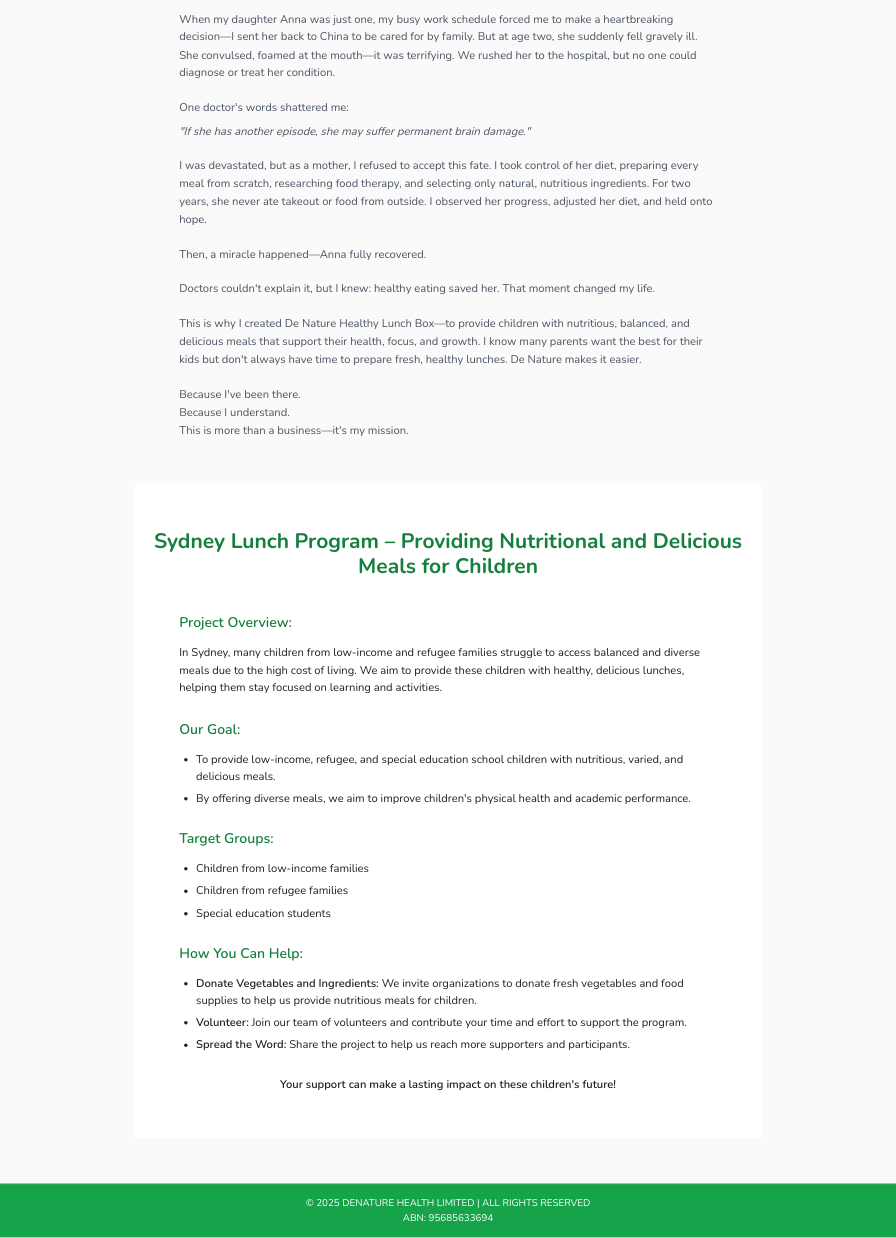
Repository: sunnyyan01/denature-website
Page: /about
These files come from the project's save history. The page is drawn as it stood at one moment and after the next save; the edit follows.
The browser window is 1280 px wide. The pictures show the part of the page from y = 1304 to 3224 px (the page is 3072 px tall before and 3224 px after), at 70% of full size.
The project was rebuilt for these pictures with package versions that can differ from the ones it lists, and the page was loaded fresh each time. The framework's server and built-in components were replaced by stand-ins that run in the browser. Also part of the build but not shown: next.config.js.

Above is the page before, as saved 2025-05-14 21:01:21.

### src/app/layout.tsx
import type { Metadata } from "next";
import { Inter, Poppins } from "next/font/google";
import "./globals.css";
import Navbar from "@/components/Navbar";
import Footer from "@/components/Footer";
import { Phone, Mail } from "lucide-react";
import { FiFacebook, FiInstagram, FiTwitter } from 'react-icons/fi';

const inter = Inter({
  subsets: ["latin"],
  variable: '--font-inter',
});

const poppins = Poppins({
  weight: ['400', '500', '600', '700'],
  subsets: ['latin'],
  variable: '--font-poppins',
});

export const metadata: Metadata = {
  title: "DE NATURE - Sydney Lunch Program",
  description: "Providing nutritious meals to children in need across Sydney",
  verification: {
    google: "OqLlSQNFE1spUS93SXK13pK8N_CO4S7m2l7H1rPvJmY",
  },
  icons: {
    icon: '/favicon.ico',
    shortcut: '/favicon.ico',
  },
};

export default function RootLayout({
  children,
}: {
  children: React.ReactNode;
}) {
  return (
    <html lang="en">
      <body className={`${inter.variable} ${poppins.variable} font-sans bg-background text-text`}>
        {/* 顶部社交信息栏 */}
        <div
          className="fixed top-0 left-0 right-0 z-50"
          style={{
            background: '#F5F3ED',
            height: '56px',
            borderBottom: '1px solid #E0E0E0',
            fontFamily: "'Inter', 'Lato', sans-serif",
          }}
        >
          <div className="container flex items-center justify-between h-full px-4">
            {/* 联系方式 */}
            <div className="flex items-center space-x-6 text-[#2E5E4E] text-sm">
              <a href="tel:0452005512" className="hover:underline">0452 005 512</a>
              <span className="hidden sm:inline">|</span>
              <a href="mailto:info@denature.org.au" className="hover:underline">info@denature.org.au</a>
            </div>
            {/* 社交图标 */}
            <div className="flex items-center space-x-4">
              <a href="#" className="text-[#2E5E4E] hover:text-[#4A7C59]">
                <FiFacebook className="w-5 h-5" />
              </a>
              <a href="#" className="text-[#2E5E4E] hover:text-[#4A7C59]">
                <FiInstagram className="w-5 h-5" />
              </a>
              <a href="#" className="text-[#2E5E4E] hover:text-[#4A7C59]">
                <FiTwitter className="w-5 h-5" />
              </a>
            </div>
          </div>
        </div>

        {/* Navigation and Content */}
        <div className="relative">
          <Navbar />
          <main>
            {children}
          </main>
        </div>

        <Footer />
      </body>
    </html>
  );
}

### src/app/about/page.tsx
import Image from 'next/image';

export default function AboutPage() {
  return (
    <main className="min-h-screen">
      {/* Hero Section */}
      <section className="relative h-[60vh]">
        <div className="absolute inset-0">
          <Image
            src="/about-hero.jpg"
            alt="About Us Hero"
            fill
            className="object-cover"
            priority
          />
          <div className="absolute inset-0 bg-black/50"></div>
        </div>
        <div className="relative container mx-auto px-4 h-full flex items-center">
          <div className="max-w-3xl text-white space-y-4">
            <h1 className="text-5xl font-bold font-heading">About Us</h1>
            <p className="text-xl text-gray-200">
              Learn about our story, values, and the impact we're making in our community.
            </p>
          </div>
        </div>
      </section>

      {/* Main Content */}
      <div className="container mx-auto px-4 py-16">
        <div className="max-w-4xl mx-auto">
          {/* Our Story Section */}
          <section className="mb-16">
            <h2 className="text-3xl font-bold mb-8 text-center">Our Story</h2>
            <div className="bg-[#F0FDF4] p-8 rounded-lg shadow-sm">
              <p className="text-lg text-gray-700 leading-relaxed">
                Founded in 2020, De Nature emerged from a simple observation: many children in our community were missing out on nutritious meals during their school day. What started as a small initiative to provide healthy lunches has grown into a comprehensive program serving thousands of children across Melbourne.
              </p>
            </div>
          </section>

          {/* Messages from Founder Section */}
          <section className="mb-16">
            <h2 className="text-3xl font-bold mb-8 text-center">Messages from Founder</h2>
            <div className="bg-[#F0FDF4] p-8 rounded-lg shadow-sm">
              <p className="text-lg text-gray-700 leading-relaxed mb-6">
                "Every child deserves the opportunity to thrive, and proper nutrition is essential to that journey. At De Nature, we're not just providing meals; we're investing in the future of our community."
              </p>
              <p className="text-lg text-gray-700 leading-relaxed">
                "Our commitment to quality, sustainability, and community engagement drives everything we do. We're proud to be making a difference in children's lives, one healthy meal at a time."
              </p>
            </div>
          </section>

          {/* Why I Started Section */}
          <section className="mb-16">
            <div className="container mx-auto px-4">
              <h2 className="text-3xl font-bold text-center mb-12 text-green-700">
                Why I Started Making Healthy Lunch Boxes
              </h2>
              <div className="max-w-3xl mx-auto text-gray-600 space-y-6">
                <p>
                  I am a mother of three, and my children's health has always been my top priority.
                </p>
                <p>
                  When my daughter Anna was just one, my busy work schedule forced me to make a heartbreaking decision—I sent her back to China to be cared for by family. But at age two, she suddenly fell gravely ill. She convulsed, foamed at the mouth—it was terrifying. We rushed her to the hospital, but no one could diagnose or treat her condition.
                </p>
                <p>
                  One doctor's words shattered me:
                  <span className="block italic mt-2">"If she has another episode, she may suffer permanent brain damage."</span>
                </p>
                <p>
                  I was devastated, but as a mother, I refused to accept this fate. I took control of her diet, preparing every meal from scratch, researching food therapy, and selecting only natural, nutritious ingredients. For two years, she never ate takeout or food from outside. I observed her progress, adjusted her diet, and held onto hope.
                </p>
                <p>
                  Then, a miracle happened—Anna fully recovered.
                </p>
                <p>
                  Doctors couldn't explain it, but I knew: healthy eating saved her. That moment changed my life.
                </p>
                <p>
                  This is why I created De Nature Healthy Lunch Box—to provide children with nutritious, balanced, and delicious meals that support their health, focus, and growth. I know many parents want the best for their kids but don't always have time to prepare fresh, healthy lunches. De Nature makes it easier.
                </p>
                <p>
                  Because I've been there.
                  <br />
                  Because I understand.
                  <br />
                  This is more than a business—it's my mission.
                </p>
              </div>
            </div>
          </section>

          {/* Sydney Lunch Program Section */}
          <section className="py-16 bg-white">
            <div className="container mx-auto px-4">
              <h2 className="text-3xl font-bold text-center mb-12 text-green-700">
                Sydney Lunch Program – Providing Nutritional and Delicious Meals for Children
              </h2>
              <div className="max-w-3xl mx-auto space-y-8">
                <div>
                  <h3 className="text-xl font-semibold mb-4 text-green-700">Project Overview:</h3>
                  <p>
                    In Sydney, many children from low-income and refugee families struggle to access balanced and diverse meals due to the high cost of living. We aim to provide these children with healthy, delicious lunches, helping them stay focused on learning and activities.
                  </p>
                </div>

                <div>
                  <h3 className="text-xl font-semibold mb-4 text-green-700">Our Goal:</h3>
                  <ul className="list-disc pl-6 space-y-2">
                    <li>To provide low-income, refugee, and special education school children with nutritious, varied, and delicious meals.</li>
                    <li>By offering diverse meals, we aim to improve children's physical health and academic performance.</li>
                  </ul>
                </div>

                <div>
                  <h3 className="text-xl font-semibold mb-4 text-green-700">Target Groups:</h3>
                  <ul className="list-disc pl-6 space-y-2">
                    <li>Children from low-income families</li>
                    <li>Children from refugee families</li>
                    <li>Special education students</li>
                  </ul>
                </div>

                <div>
                  <h3 className="text-xl font-semibold mb-4 text-green-700">How You Can Help:</h3>
                  <ul className="list-disc pl-6 space-y-2">
                    <li><span className="font-semibold">Donate Vegetables and Ingredients:</span> We invite organizations to donate fresh vegetables and food supplies to help us provide nutritious meals for children.</li>
                    <li><span className="font-semibold">Volunteer:</span> Join our team of volunteers and contribute your time and effort to support the program.</li>
                    <li><span className="font-semibold">Spread the Word:</span> Share the project to help us reach more supporters and participants.</li>
                  </ul>
                </div>

                <p className="text-center font-semibold mt-8">
                  Your support can make a lasting impact on these children's future!
                </p>
              </div>
            </div>
          </section>
        </div>
      </div>
    </main>
  );
}

### src/app/globals.css
@import url('https://fonts.googleapis.com/css2?family=Nunito:wght@300;400;500;600;700&display=swap');

@tailwind base;
@tailwind components;
@tailwind utilities;

:root {
  /* 主色调 */
  --color-primary: #4A7C59;      /* 深绿色 */
  --color-primary-light: #6B9B7D; /* 浅绿色 */
  --color-primary-lighter: #E8F3ED; /* 最浅绿色 */

  /* 中性色 */
  --color-neutral-50: #FAFAFA;
  --color-neutral-100: #F5F5F5;
  --color-neutral-200: #EEEEEE;
  --color-neutral-300: #E0E0E0;
  --color-neutral-400: #BDBDBD;
  --color-neutral-500: #9E9E9E;
  --color-neutral-600: #757575;
  --color-neutral-700: #616161;
  --color-neutral-800: #424242;
  --color-neutral-900: #212121;

  /* 强调色 */
  --color-accent: #F5B971;       /* 温暖的米色 */
  --color-accent-light: #F9D5A7; /* 浅米色 */

  /* 功能色 */
  --color-success: #4CAF50;
  --color-warning: #FFC107;
  --color-error: #F44336;

  /* 字体 */
  --font-primary: 'Nunito', sans-serif;

  /* 间距 */
  --spacing-xs: 0.25rem;   /* 4px */
  --spacing-sm: 0.5rem;    /* 8px */
  --spacing-md: 1rem;      /* 16px */
  --spacing-lg: 1.5rem;    /* 24px */
  --spacing-xl: 2rem;      /* 32px */
  --spacing-2xl: 3rem;     /* 48px */
  --spacing-3xl: 4rem;     /* 64px */

  /* 圆角 */
  --radius-sm: 0.25rem;    /* 4px */
  --radius-md: 0.5rem;     /* 8px */
  --radius-lg: 1rem;       /* 16px */
  --radius-full: 9999px;

  /* 阴影 */
  --shadow-sm: 0 1px 2px 0 rgb(0 0 0 / 0.05);
  --shadow-md: 0 4px 6px -1px rgb(0 0 0 / 0.1);
  --shadow-lg: 0 10px 15px -3px rgb(0 0 0 / 0.1);
}

@layer base {
  html {
    font-family: var(--font-primary);
    color: var(--color-neutral-900);
    background-color: var(--color-neutral-50);
  }

  h1, h2, h3, h4, h5, h6 {
    font-weight: 700;
    line-height: 1.2;
  }

  h1 {
    font-size: 2.5rem; /* 40px */
    @screen md {
      font-size: 3.5rem; /* 56px */
    }
  }

  h2 {
    font-size: 2rem; /* 32px */
    @screen md {
      font-size: 2.5rem; /* 40px */
    }
  }

  h3 {
    font-size: 1.5rem; /* 24px */
    @screen md {
      font-size: 2rem; /* 32px */
    }
  }

  p {
    line-height: 1.6;
  }
}

@layer components {
  .container {
    @apply max-w-7xl mx-auto px-4 sm:px-6 lg:px-8;
  }

  .btn {
    @apply inline-flex items-center justify-center px-6 py-3 rounded-lg font-semibold transition-colors duration-200;
  }

  .btn-primary {
    @apply bg-[var(--color-primary)] text-white hover:bg-[var(--color-primary-light)];
  }

  .btn-secondary {
    @apply bg-[var(--color-accent)] text-[var(--color-neutral-900)] hover:bg-[var(--color-accent-light)];
  }

  .btn-outline {
    @apply border-2 border-[var(--color-primary)] text-[var(--color-primary)] hover:bg-[var(--color-primary-lighter)];
  }

  .card {
    @apply bg-white rounded-lg shadow-md overflow-hidden;
  }

  .section {
    @apply py-16 md:py-24;
  }

  .section-title {
    @apply text-3xl md:text-4xl font-bold text-center mb-12;
  }

  .hero {
    @apply relative h-[80vh] md:h-screen flex items-center;
  }

  .hero-content {
    @apply relative z-10 text-center max-w-4xl mx-auto px-4;
  }

  .hero-image {
    @apply absolute inset-0 w-full h-full object-cover;
  }

  .hero-overlay {
    @apply absolute inset-0 bg-black/30;
  }
}

/* 自定义动画 */
@keyframes fadeIn {
  from {
    opacity: 0;
    transform: translateY(10px);
  }
  to {
    opacity: 1;
    transform: translateY(0);
  }
}

.animate-fade-in {
  animation: fadeIn 0.6s ease-out forwards;
}

/* 响应式图片容器 */
.image-container {
  @apply relative aspect-[4/3] md:aspect-[16/9] overflow-hidden rounded-lg;
}

.image-container img {
  @apply absolute inset-0 w-full h-full object-cover transition-transform duration-500;
}

.image-container:hover img {
  @apply scale-105;
}

/* 网格布局 */
.grid-auto-fit {
  @apply grid grid-cols-1 md:grid-cols-2 lg:grid-cols-3 gap-6 md:gap-8;
}

/* 文本样式 */
.text-gradient {
  @apply bg-clip-text text-transparent bg-gradient-to-r from-[var(--color-primary)] to-[var(--color-primary-light)];
}

.text-balance {
  text-wrap: balance;
}

/* 导航样式 */
.nav-link {
  @apply text-[var(--color-neutral-700)] hover:text-[var(--color-primary)] transition-colors duration-200;
}

.nav-link-active {
  @apply text-[var(--color-primary)] font-semibold;
}

/* 页脚样式 */
.footer {
  @apply bg-[var(--color-neutral-900)] text-white py-16;
}

.footer-title {
  @apply text-xl font-semibold mb-4;
}

.footer-link {
  @apply text-[var(--color-neutral-400)] hover:text-white transition-colors duration-200;
}

/* 表单样式 */
.form-input {
  @apply w-full px-4 py-2 rounded-lg border border-[var(--color-neutral-300)] focus:border-[var(--color-primary)] focus:ring-2 focus:ring-[var(--color-primary-lighter)] outline-none transition-colors duration-200;
}

.form-label {
  @apply block text-sm font-medium text-[var(--color-neutral-700)] mb-1;
}

/* 菜单卡片样式 */
.menu-card {
  @apply bg-white rounded-lg shadow-md overflow-hidden transition-transform duration-300 hover:shadow-lg hover:-translate-y-1;
}

.menu-card-image {
  @apply relative aspect-[4/3] w-full;
}

.menu-card-content {
  @apply p-6;
}

.menu-card-title {
  @apply text-xl font-semibold text-[var(--color-neutral-900)] mb-2;
}

.menu-card-description {
  @apply text-[var(--color-neutral-600)] text-sm;
}

/* 特色部分样式 */
.feature-grid {
  @apply grid grid-cols-1 md:grid-cols-2 lg:grid-cols-4 gap-8;
}

.feature-item {
  @apply text-center p-6;
}

.feature-icon {
  @apply w-16 h-16 mx-auto mb-4 text-[var(--color-primary)];
}

.feature-title {
  @apply text-lg font-semibold mb-2;
}

.feature-description {
  @apply text-[var(--color-neutral-600)];
}

### src/components/Footer.tsx
'use client';

export default function Footer() {
  const currentYear = new Date().getFullYear();

  return (
    <footer className="bg-green-600 text-white">
      <div className="border-t border-[#FFD700]/30 py-4">
        <div className="container mx-auto px-4">
          <div className="text-center text-sm text-white">
            <p>© 2025 DENATURE HEALTH LIMITED | ALL RIGHTS RESERVED</p>
            <p>ABN: 95685633694</p>
          </div>
        </div>
      </div>
    </footer>
  );
}

Loaded but not shown: tailwind.config.js (104 lines, source omitted); src/components/Navbar.tsx (232 lines, source omitted)

After the next save:
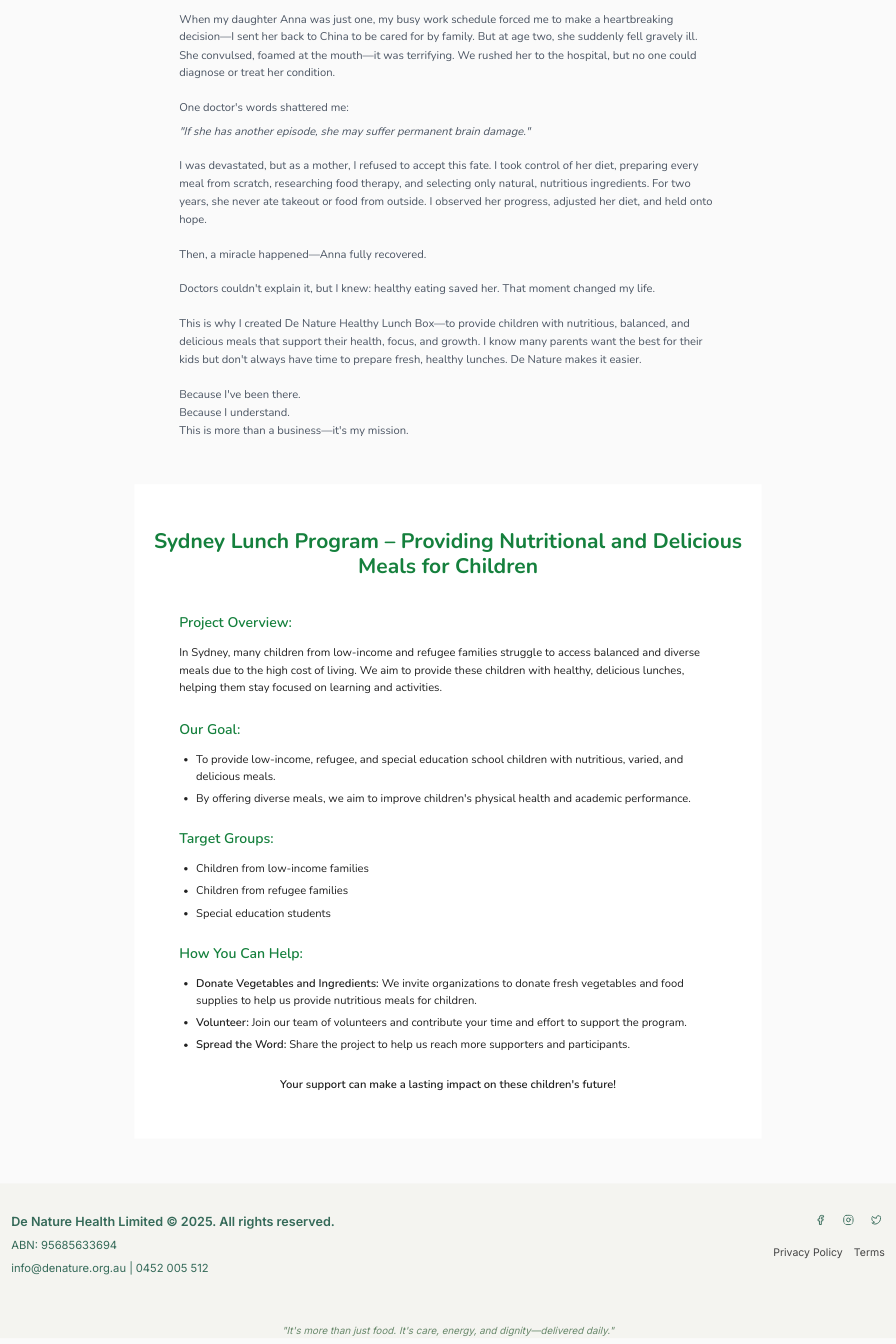
Saved 19 min 0 s later.
--- a/src/components/Footer.tsx
+++ b/src/components/Footer.tsx
@@ -1,17 +1,46 @@
 'use client';
+
+import { FiFacebook, FiInstagram, FiTwitter } from 'react-icons/fi';
 
 export default function Footer() {
   const currentYear = new Date().getFullYear();
 
   return (
-    <footer className="bg-green-600 text-white">
-      <div className="border-t border-[#FFD700]/30 py-4">
-        <div className="container mx-auto px-4">
-          <div className="text-center text-sm text-white">
-            <p>© 2025 DENATURE HEALTH LIMITED | ALL RIGHTS RESERVED</p>
-            <p>ABN: 95685633694</p>
+    <footer className="w-full" style={{ background: '#F4F4F0', color: '#356A59', fontFamily: "'Inter', 'Lato', sans-serif" }}>
+      <div className="container mx-auto px-4 py-10 flex flex-col md:flex-row md:justify-between md:items-start gap-8 md:gap-0">
+        {/* 左侧公司信息 */}
+        <div className="text-left md:text-left text-[16px] space-y-2 flex-1">
+          <p className="font-semibold text-lg">De Nature Health Limited © {currentYear}. All rights reserved.</p>
+          <p>ABN: 95685633694</p>
+          <p>
+            <a href="mailto:info@denature.org.au" className="hover:underline text-[#356A59]">info@denature.org.au</a> |
+            <a href="tel:0452005512" className="hover:underline text-[#356A59] ml-1">0452 005 512</a>
+          </p>
+        </div>
+        {/* 右侧社交图标和快速链接 */}
+        <div className="flex flex-col items-start md:items-end gap-4 flex-1">
+          <div className="flex space-x-4 mb-2">
+            <a href="#" className="group text-[#356A59] transition-transform duration-200 hover:scale-110">
+              <FiFacebook className="w-6 h-6 group-hover:bg-[#356A59] group-hover:text-white rounded-full p-1 transition-colors duration-200" />
+            </a>
+            <a href="#" className="group text-[#356A59] transition-transform duration-200 hover:scale-110">
+              <FiInstagram className="w-6 h-6 group-hover:bg-[#356A59] group-hover:text-white rounded-full p-1 transition-colors duration-200" />
+            </a>
+            <a href="#" className="group text-[#356A59] transition-transform duration-200 hover:scale-110">
+              <FiTwitter className="w-6 h-6 group-hover:bg-[#356A59] group-hover:text-white rounded-full p-1 transition-colors duration-200" />
+            </a>
+          </div>
+          <div className="flex space-x-4 text-[15px]">
+            <a href="#" className="hover:underline text-[#444]">Privacy Policy</a>
+            <a href="#" className="hover:underline text-[#444]">Terms</a>
           </div>
         </div>
+      </div>
+      {/* 品牌口号 */}
+      <div className="text-center mt-6 mb-2">
+        <p style={{ fontStyle: 'italic', fontSize: '14px', color: '#68886b' }}>
+          "It's more than just food. It's care, energy, and dignity—delivered daily."
+        </p>
       </div>
     </footer>
   );
